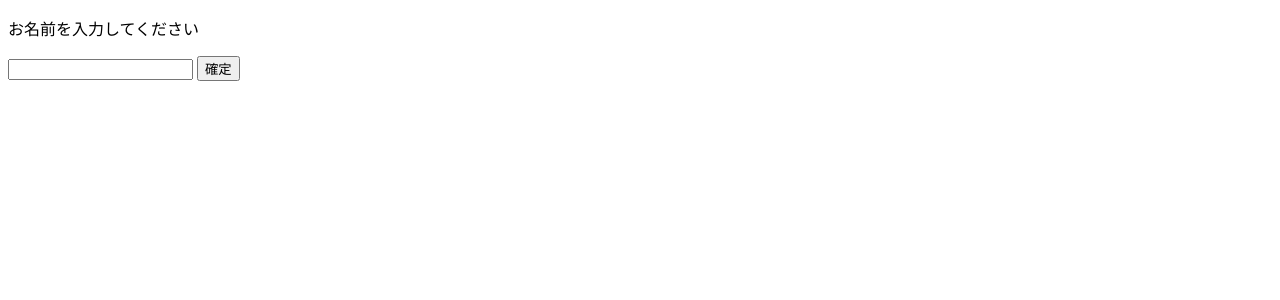
Repository: gjp373/test
Page: http://localhost/HelloJSP/
An editor plug-in stored every save of this project. The page is shown before and after the next save, followed by the edit.
The browser window is 1280 px wide. The pictures show the whole page.
The page is served by Tomcat 9.

Above is the page before, as saved 2018-03-07 04:36:13.

After the next save:
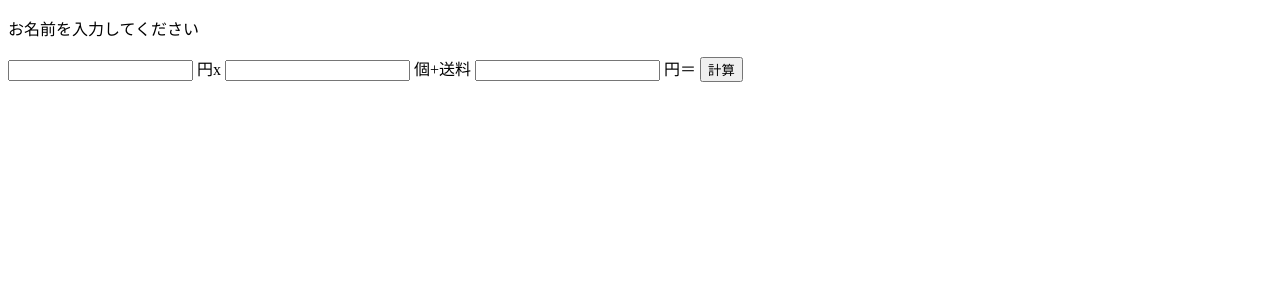
Saved 5 min 19 s later.
--- a/HelloJSP/WebContent/index.jsp
+++ b/HelloJSP/WebContent/index.jsp
@@ -10,10 +10,14 @@
 
 <p>お名前を入力してください</p>
 
-<form methot="post" action="greeting-out.jsp">
-
-<input type="text" name="user">
-<input type="submit" value="確定">
+<form method="post" action="total-out.jsp">
+<input type="text" name="price">
+円x
+<input type="text" name="count">
+個+送料
+<input type="text" name="delivery">
+円＝
+<input type="submit" value="計算">
 
 </form>
 
